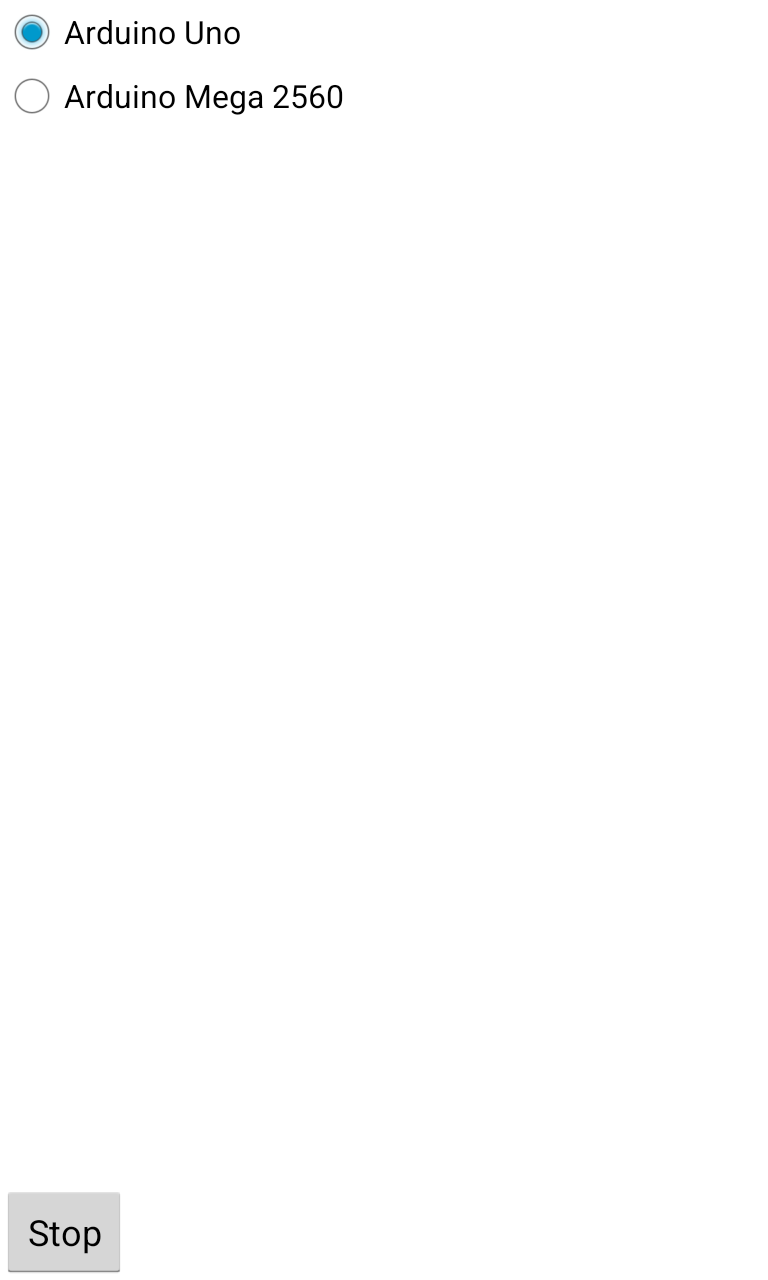
Repository: No9/R2993
Layout: Relay01/res/layout/activity_relay_manager.xml
An editor plug-in stored every save of this project. The layout is shown before and after the next save, followed by the edit.
It is drawn on a 768 x 1280 px phone screen (xhdpi) without system bars, with theme AppTheme; the app's code is not run.

Above is the layout before, as saved 2012-10-30 11:46:51.

### Relay01/res/layout/activity_relay_manager.xml
<?xml version="1.0" encoding="utf-8"?>
<LinearLayout xmlns:android="http://schemas.android.com/apk/res/android"
    android:layout_width="fill_parent"
    android:layout_height="fill_parent"
    android:orientation="vertical" >

     <RadioGroup
        android:id="@+id/radioBoardType"
        android:layout_width="wrap_content"
        android:layout_height="wrap_content" >

        <RadioButton
            android:id="@+id/radioUno"
            android:layout_width="wrap_content"
            android:layout_height="wrap_content"
            android:text="@string/radio_uno"
            android:checked="true" />

        <RadioButton
            android:id="@+id/radioMega"
            android:layout_width="wrap_content"
            android:layout_height="wrap_content"
            android:text="@string/radio_mega" />

    </RadioGroup>

     <Button
        android:id="@+id/btnStart"
        android:layout_width="0dp"
        android:layout_weight="1"
        android:layout_height="0dp"
        android:text="@string/btn_start" />
     <Button
        android:id="@+id/btnStop"
        android:layout_width="wrap_content"
        android:layout_height="wrap_content"
        android:text="@string/btn_stop" />
</LinearLayout>

### Relay01/res/values/strings.xml
<resources>

    <string name="app_name">Relay01</string>
    <string name="menu_settings">Settings</string>
    <string name="title_activity_relay_manager">Relay Manager</string>
	<string name="radio_uno">Arduino Uno</string>
    <string name="radio_mega">Arduino Mega 2560</string>
    <string name="btn_start">Start</string>
    <string name="btn_stop">Stop</string>
</resources>

Loaded but not shown: Relay01/res/values-v11/styles.xml (common file); Relay01/res/values-v14/styles.xml (common file); Relay01/res/values/styles.xml (common file)

After the next save:
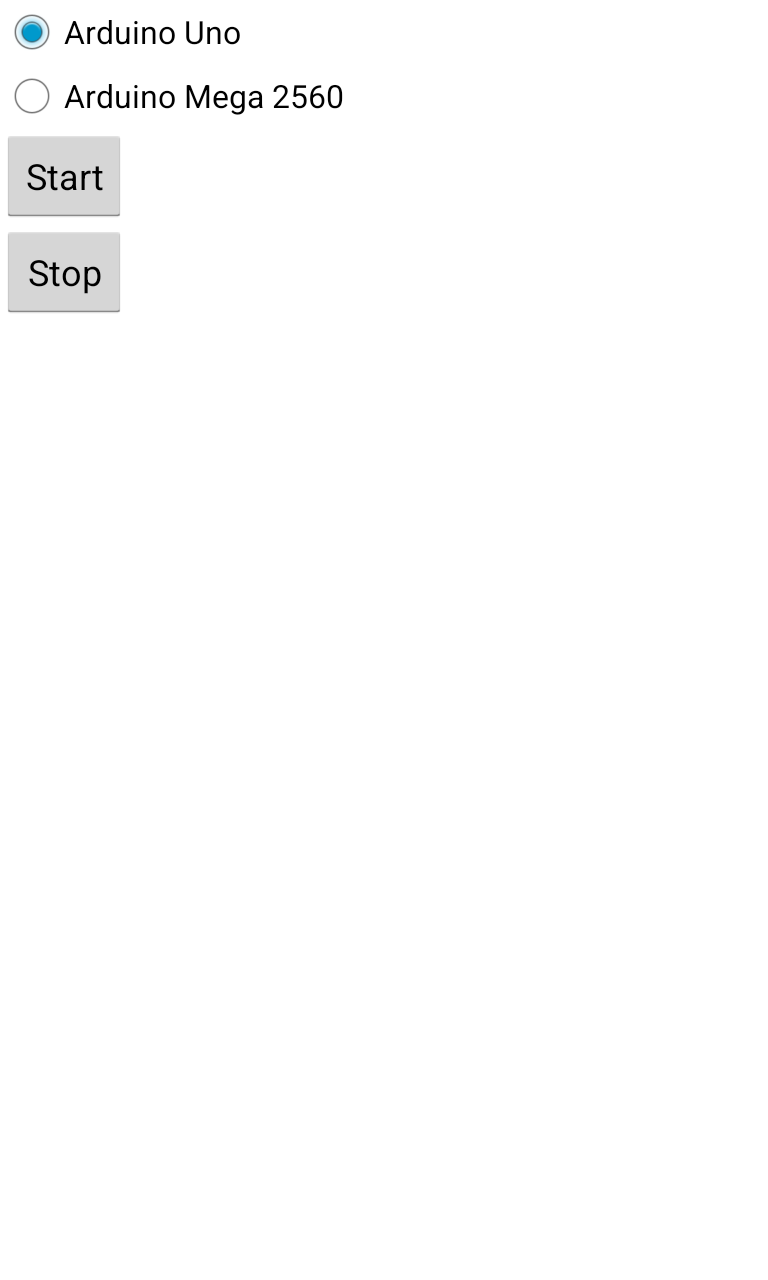
Saved 6 min 21 s later.
--- a/Relay01/res/layout/activity_relay_manager.xml
+++ b/Relay01/res/layout/activity_relay_manager.xml
@@ -26,9 +26,8 @@
 
      <Button
         android:id="@+id/btnStart"
-        android:layout_width="0dp"
-        android:layout_weight="1"
-        android:layout_height="0dp"
+        android:layout_width="wrap_content"
+        android:layout_height="wrap_content"
         android:text="@string/btn_start" />
      <Button
         android:id="@+id/btnStop"
